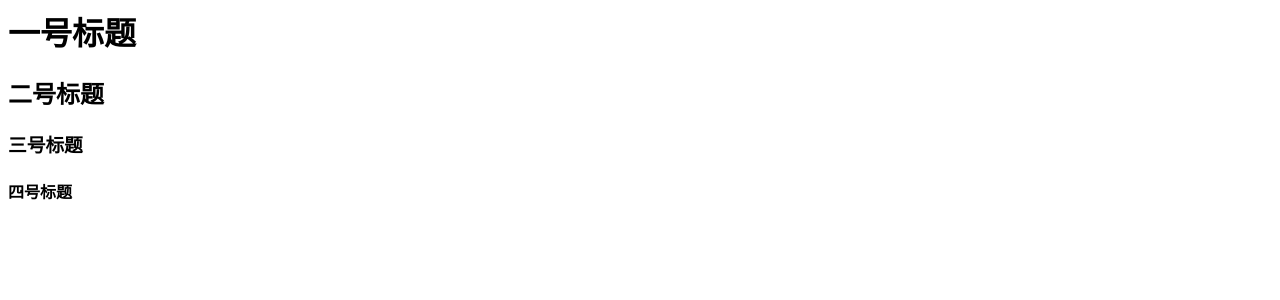
Repository: Yeyuehuke/Webstudy-Feidian
Page: 01-HTMLlearning/02-HTMLBasics/03-HeadingsLinesComments.html
These files come from the project's save history. The page is drawn as it stood at one moment and after a run of saves; the edit follows.
The browser window is 1280 px wide. The pictures show the whole page.

Above is the page before, as saved 2020-05-17 08:14:35.

### 01-HTMLlearning/02-HTMLBasics/03-HeadingsLinesComments.html
<html>
    <head>
        <title>我的网页</title>
    </head>
    <body>
        <h1>一号标题</h1>
        <h2>二号标题</h2>
        <h3>三号标题</h3>
        <h4>四号标题</h4>
        <h5></h5>
    </body>
</html>

After the next 5 saves:
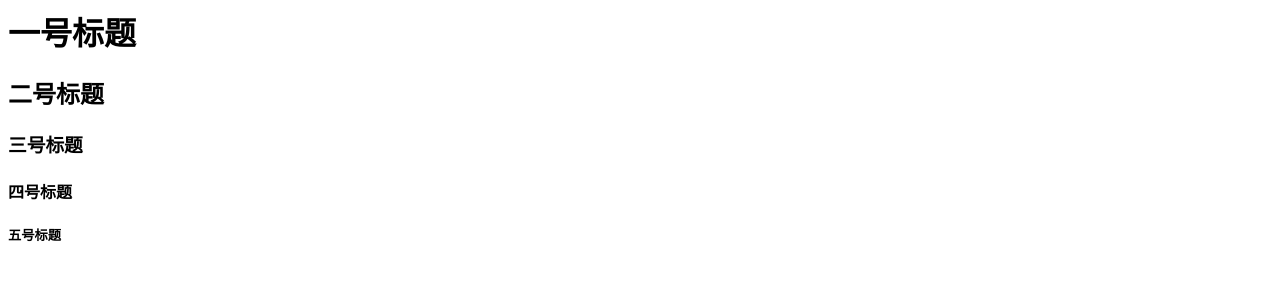
The 5 saves are shown as one change because they came seconds apart.
The last was saved 11 s later.
--- a/01-HTMLlearning/02-HTMLBasics/03-HeadingsLinesComments.html
+++ b/01-HTMLlearning/02-HTMLBasics/03-HeadingsLinesComments.html
@@ -7,6 +7,7 @@
         <h2>二号标题</h2>
         <h3>三号标题</h3>
         <h4>四号标题</h4>
-        <h5></h5>
+        <h5>五号标题</h5>
+        <h6></h6>
     </body>
 </html>
